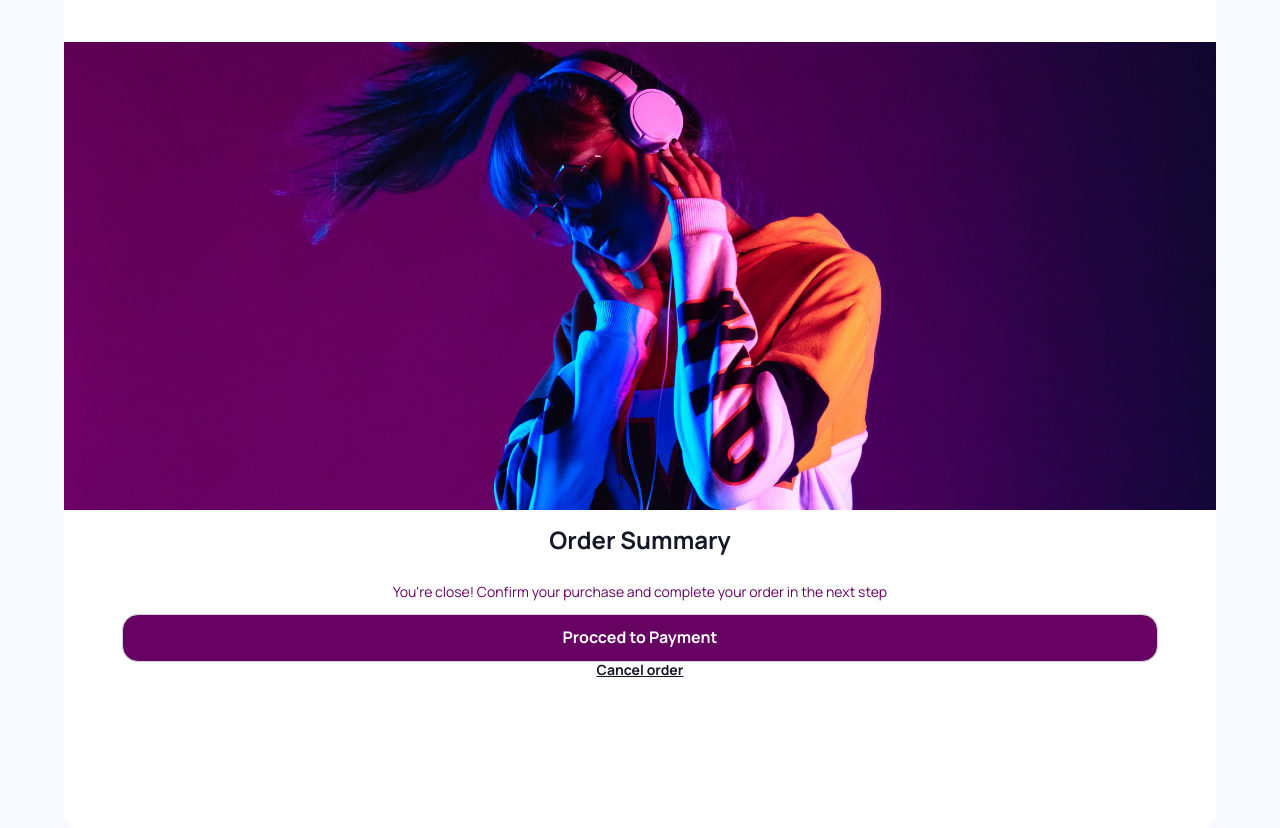
Repository: ssynowiec/INVO-Academy-solution
Page: /
These files come from the project's save history. The page is drawn as it stood at one moment and after the next save; the edit follows.
The browser window is 1280 px wide. The pictures show the whole page.
The project was rebuilt for these pictures with package versions that can differ from the ones it lists, and the page was loaded fresh each time.

Above is the page before, as saved 2023-02-16 09:45:09.

After the next save:
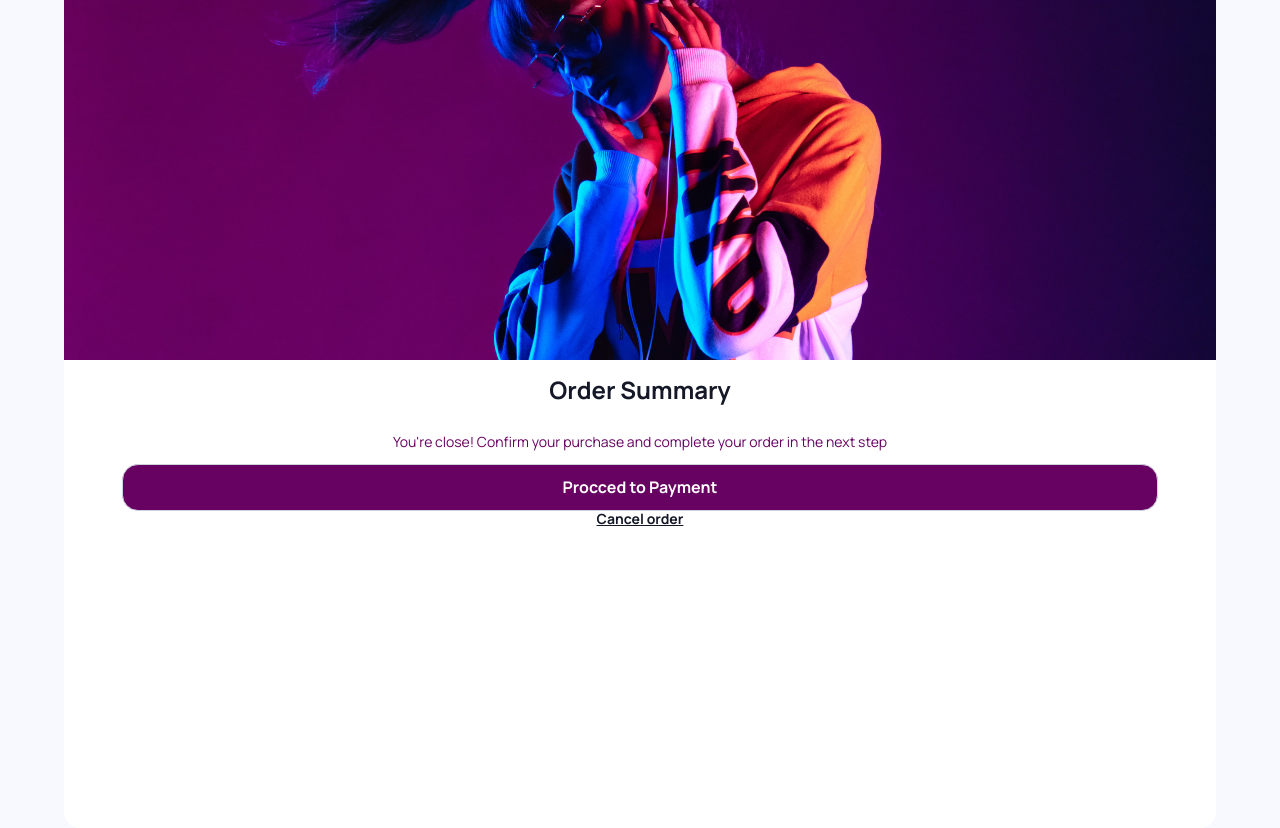
Saved 13 s later.
--- a/src/pages/home-page/styles/home-page.scss
+++ b/src/pages/home-page/styles/home-page.scss
@@ -9,7 +9,7 @@
 .order {
 	display: flex;
 	flex-direction: column;
-	justify-content: center;
+	justify-content: between;
 	align-items: center;
 	width: 90%;
 	border-radius: 16px;
